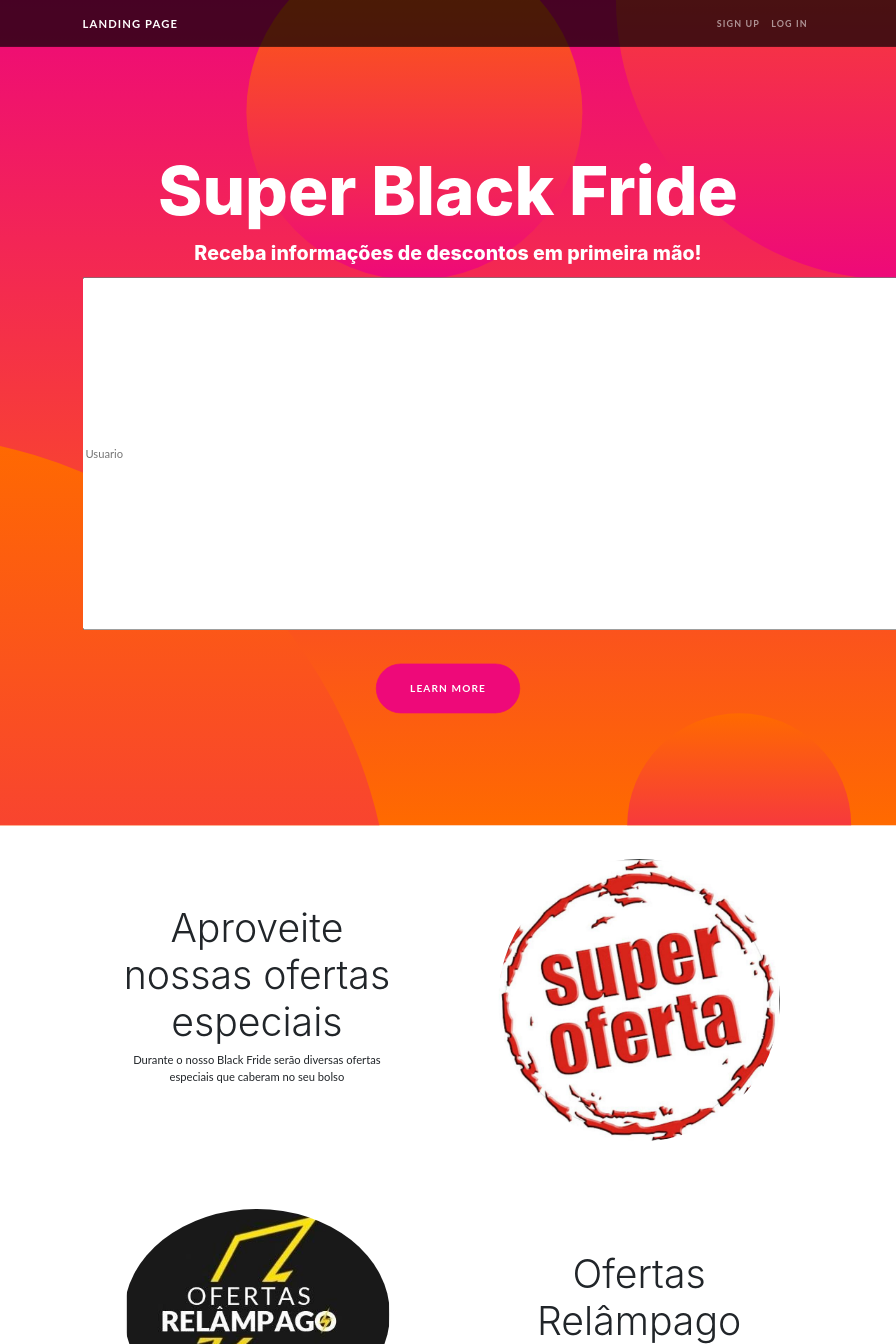
Repository: jrfalcao/landing-page
Page: /
An editor plug-in stored every save of this project. The page is shown before and after the next save, followed by the edit.
The browser window is 1280 px wide. The pictures show the part of the page from y = 0 to 1920 px (the page is 2691 px tall before and 2187 px after), at 70% of full size.
The project was rebuilt for these pictures with package versions that can differ from the ones it lists, and the page was loaded fresh each time.

Above is the page before, as saved 2021-07-18 22:24:07.

After the next save:
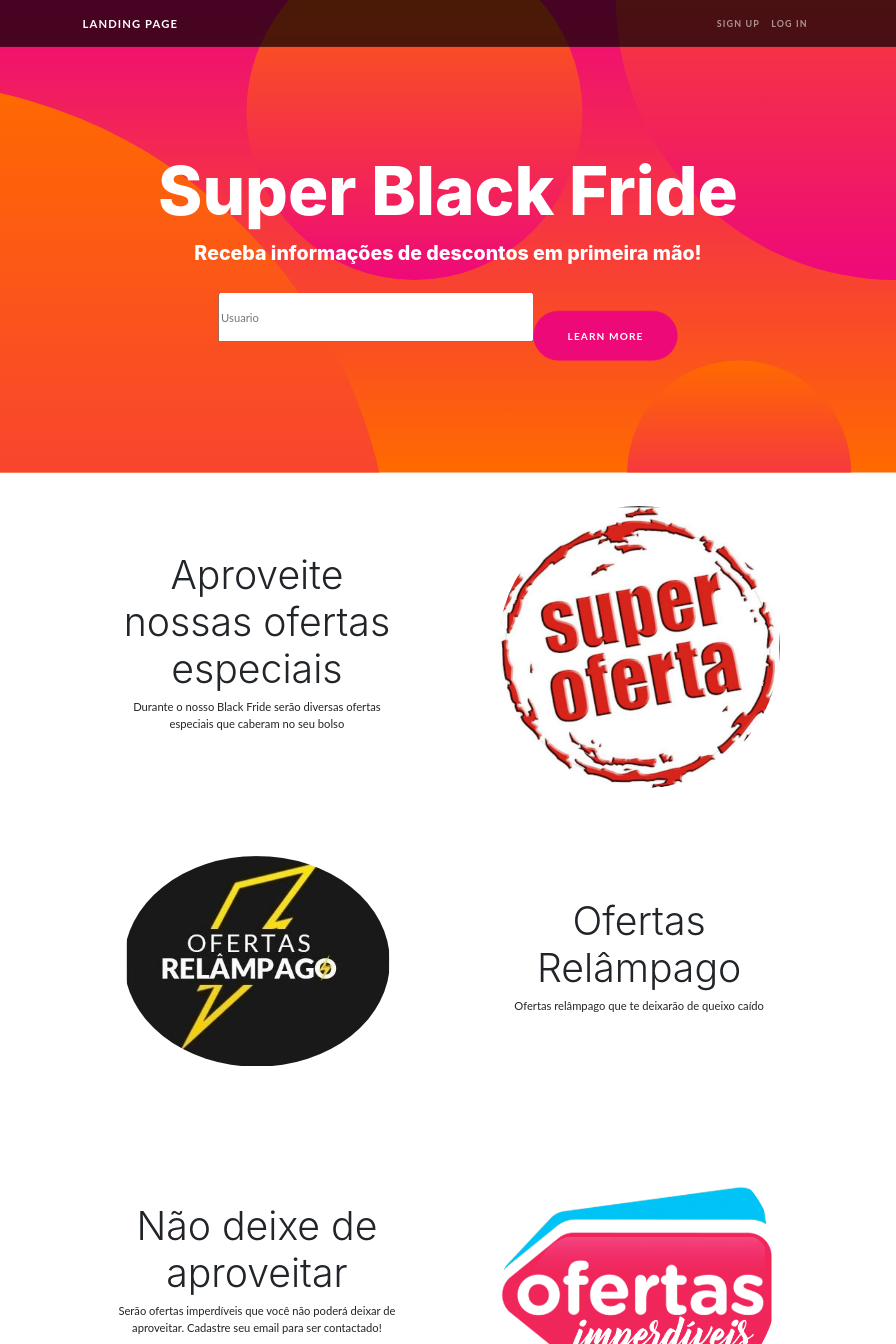
Saved 36 s later.
--- a/src/assets/css/App.css
+++ b/src/assets/css/App.css
@@ -30,6 +30,6 @@
 
 .input-email {
   background: rgba(#000, #000, #000, 0.6);
-  width: 450vw;
-  height: 70vh;
+  width: 450px;
+  height: 70px;
 }
